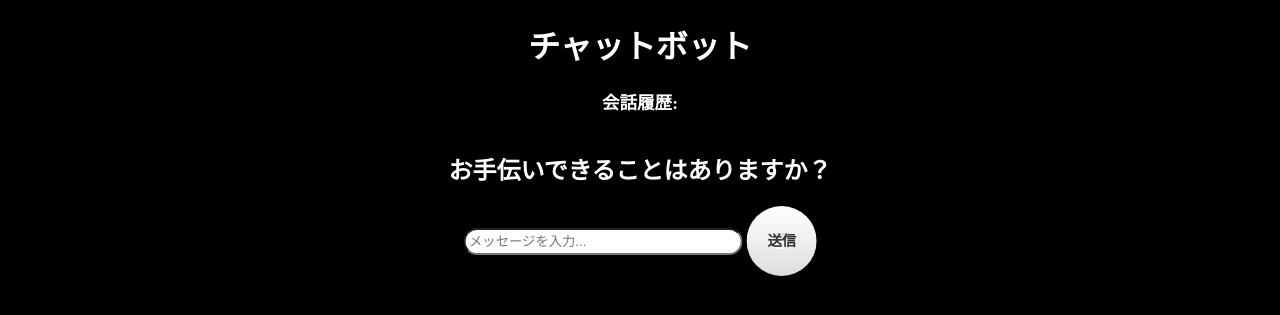
Repository: takumidayo0904/chatbot
Page: http://localhost/ChatBot/
An editor plug-in stored every save of this project. The page is shown before and after the next save, followed by the edit.
The browser window is 1280 px wide. The pictures show the whole page.
The page is served by Tomcat 9. Other server files are loaded and not shown.

Above is the page before, as saved 2025-02-03 10:11:02.

### ChatBot/WebContent/index.jsp
<%@ page language="java" contentType="text/html; charset=UTF-8"
	pageEncoding="UTF-8"%>
<!DOCTYPE html>
<html>
<head>
<meta charset="UTF-8">
<title>チャットボット</title>
<style>
body {
	background-color: #000;
}

.chat-container {
	text-align: center;
}

#message {
	width: 70%;
	padding: 1%;
}

.button-46 {
	width: 70px;
	height: 70px;
	border: none;
	border-radius: 50%;
	box-shadow: 0 10px 10px rgb(0 0 0/ 20%);
	background-image: linear-gradient(0, #ddd, #fff);
	color: #333333;
	font-weight: 600;
	font-size: .9em;
}

.chat-messages {
	color: #FFFFFF;
	font-size: 15px;
}

.button-46:hover {
	transform: scale(.99);
	box-shadow: 0 5px 5px rgb(0 0 0/ 20%);
}

.button-46 span {
	width: 100%;
	height: 100%;
	border-radius: 50%;
	background-image: linear-gradient(0, #fff, #ddd);
	line-height: 64px;
}

#message {
	border-radius: 30px;
}

h1, h2 {
	color: #FFF;
}

.chat-input {
	position: fixed;
	left: 50%;
	transform: translateX(-50%);
}
</style>
</head>
<body>
	<form action="HelloServlet" method="POST">
		<div class="chat-container">
			<div class="header">
				<h1>チャットボット</h1>
			</div>

			<div class="chat-messages">

				<h3>会話履歴:</h3>
				<%
				String chatHistory = (String) session.getAttribute("chatHistory");
				if (chatHistory != null) {
					out.print(chatHistory);
				}
				%>

			</div>

			<div class="chat-input">
				<h2>お手伝いできることはありますか？</h2>

				<input type="text" id="message" name="message"
					placeholder="メッセージを入力..." />
				<button class="button-46">
					<span>送信</span>
				</button>
			</div>
		</div>
	</form>
</body>
</html>

After the next save:
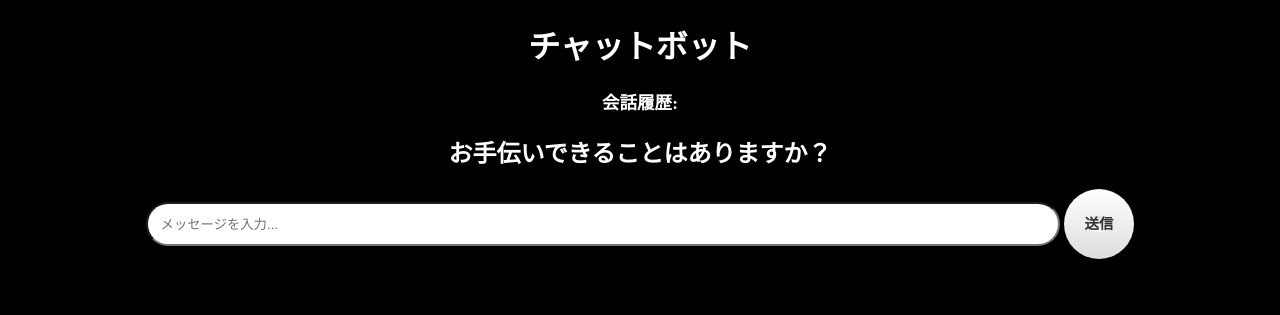
Saved 2 h 1 min later.
--- a/ChatBot/WebContent/index.jsp
+++ b/ChatBot/WebContent/index.jsp
@@ -57,10 +57,15 @@ h1, h2 {
 	color: #FFF;
 }
 
-.chat-input {
-	position: fixed;
-	left: 50%;
-	transform: translateX(-50%);
+..chat-input {
+    position: fixed;
+    bottom: 0;  /* 画面下に固定 */
+    left: 50%;
+    transform: translateX(-50%);
+    width: 100%;
+    background-color: #000; /* 背景色を追加することで視認性を高めます */
+    padding: 10px;
+    box-sizing: border-box; /* paddingが要素のサイズに影響しないようにする */
 }
 </style>
 </head>
